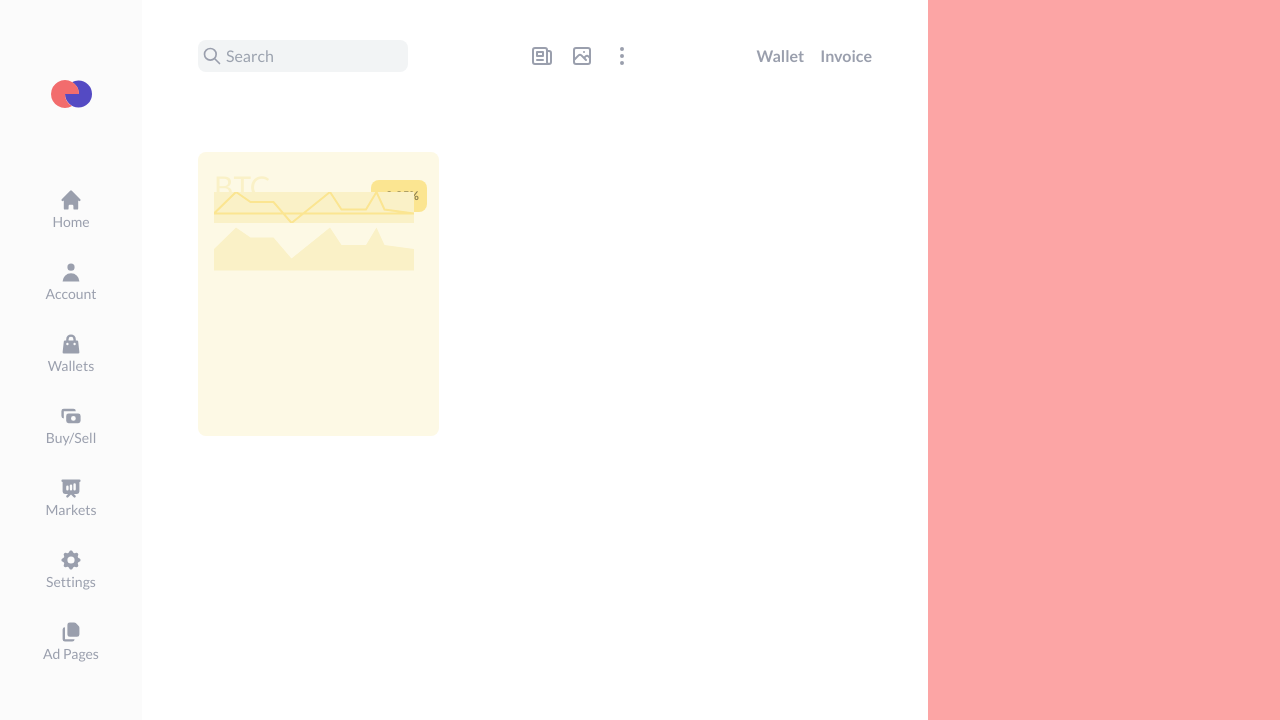
Repository: almaqdad55/crypto-app-nextjs
Page: /
These files come from the project's save history. The page is drawn as it stood at one moment and after the next save; the edit follows.
The browser window is 1280 px wide. The pictures show the whole page.
The project was rebuilt for these pictures with package versions that can differ from the ones it lists, and the page was loaded fresh each time. The framework's server and built-in components were replaced by stand-ins that run in the browser.

Above is the page before, as saved 2022-01-04 20:55:38.

### pages/index.js
import Head from 'next/head';
import Sidebar from '../components/Sidebar';
import Feed from '../components/Feed';
import Widget from '../components/Widget';

export default function Home() {
  return (
    <div className="">
      <Head>
        <title>Crypto Trade</title>
        <link rel="icon" href="/logo.svg" />
      </Head>

      <main className="flex">
        <Sidebar />
        <Feed />
        <Widget />
      </main>
    </div>
  );
}

### styles/globals.css
@import url('https://fonts.googleapis.com/css2?family=Lato:wght@300;400;700&display=swap');

@tailwind base;
@tailwind components;
@tailwind utilities;

@layer base {
  body {
    @apply bg-white font-Lato;
  }
}

@layer components {
  .icon-group {
    @apply flex flex-col  items-center text-sm cursor-pointer text-[#9A9FAD] hover:text-[#544AC3] transition duration-200;
  }
}

### components/Sidebar.jsx
import {
  HomeIcon,
  UserIcon,
  CashIcon,
  ShoppingBagIcon,
  PresentationChartBarIcon,
  CogIcon,
  DocumentDuplicateIcon,
} from '@heroicons/react/solid';

const Sidebar = () => {
  return (
    <div className="flex flex-col items-center  h-screen w-[142px]  bg-[#fbfbfb] ">
      <div className="mt-20">
        <img src="/logo.svg" alt="" />
      </div>
      <div className="mb-40 mt-20 flex flex-col space-y-7">
        <div className="icon-group group">
          <HomeIcon className="h-6 " />
          <span className="">Home</span>
        </div>
        <div className="icon-group group">
          <UserIcon className="h-6 " />
          <span className="">Account</span>
        </div>
        <div className="icon-group group">
          <ShoppingBagIcon className="h-6 " />
          <span className="">Wallets</span>
        </div>
        <div className="icon-group group ">
          <CashIcon className="h-6 " />
          <span className="">Buy/Sell</span>
        </div>
        <div className="icon-group group">
          <PresentationChartBarIcon className="h-6 " />
          <span className="">Markets</span>
        </div>
        <div className="icon-group group">
          <CogIcon className="h-6 " />
          <span className="">Settings</span>
        </div>
        <div className="icon-group group">
          <DocumentDuplicateIcon className="h-6 " />
          <span className="">Ad Pages</span>
        </div>
      </div>
    </div>
  );
};

export default Sidebar;

### components/Feed.jsx
import {
  DotsVerticalIcon,
  PhotographIcon,
  NewspaperIcon,
  SearchIcon,
} from '@heroicons/react/outline';

import Card from './Card';

// import { SearchIcon } from '@heroicons/react/solid';
const Feed = () => {
  return (
    <div className=" flex-grow  bg-white px-14 py-10 space-y-20">
      {/* Top Menu */}
      <div className="flex items-center  justify-between ">
        <div className="flex items-center bg-[#F2F4F5] rounded-lg p-1 space-x-1">
          <SearchIcon className="h-5 text-[#9A9FAD]" />
          <input
            type="text"
            placeholder={`Search`}
            className="outline-none bg-[#F2F4F5]"
          />
        </div>
        <div className="flex space-x-4 text-[#9A9FAD] ">
          <NewspaperIcon className="h-6 " />
          <PhotographIcon className="h-6 " />
          <DotsVerticalIcon className="h-6 " />
        </div>
        <div className="flex text-[16px] font-bold space-x-4 text-[#9A9FAD]  ">
          <p className="">Wallet</p>
          <p className="">Invoice</p>
        </div>
      </div>

      {/* Cards Display */}
      <div>
        <Card />
      </div>
    </div>
  );
};

export default Feed;

### components/Widget.jsx
const Widget = () => {
  return <div className="bg-red-300 min-w-[352px]"></div>;
};

export default Widget;

### components/Card.jsx
const Card = () => {
  return (
    <div className="  w-[241px] h-[284px] bg-[#FDF9E5] rounded-lg relative text-[#8B7F50] p-4">
      <div className="absolute bg-[#FBE591] text-[#8B7F50] text-xs rounded-lg p-2 font-bold top-7 right-3">
        +0.25%
      </div>
      <h1 className="text-3xl text-[#FAF1C7]">BTC</h1>
      <p className="text-[15px]">Bitcion to AUD</p>
      <img
        src="/btc-chart.svg"
        alt=""
        className="top-10 absolute bg-[#FAF1C7]"
      />
      <img src="/bg-btc.svg" alt="" className="z-50 " />
    </div>
  );
};

export default Card;

### tailwind.config.js
module.exports = {
  content: [
    './pages/**/*.{js,ts,jsx,tsx}',
    './components/**/*.{js,ts,jsx,tsx}',
  ],
  theme: {
    extend: {
      fontFamily: {
        Lato: ['Lato', 'sans-serif'],
      },
    },
  },
  plugins: [],
};

Loaded but not shown: pages/_app.js (common file)

After the next save:
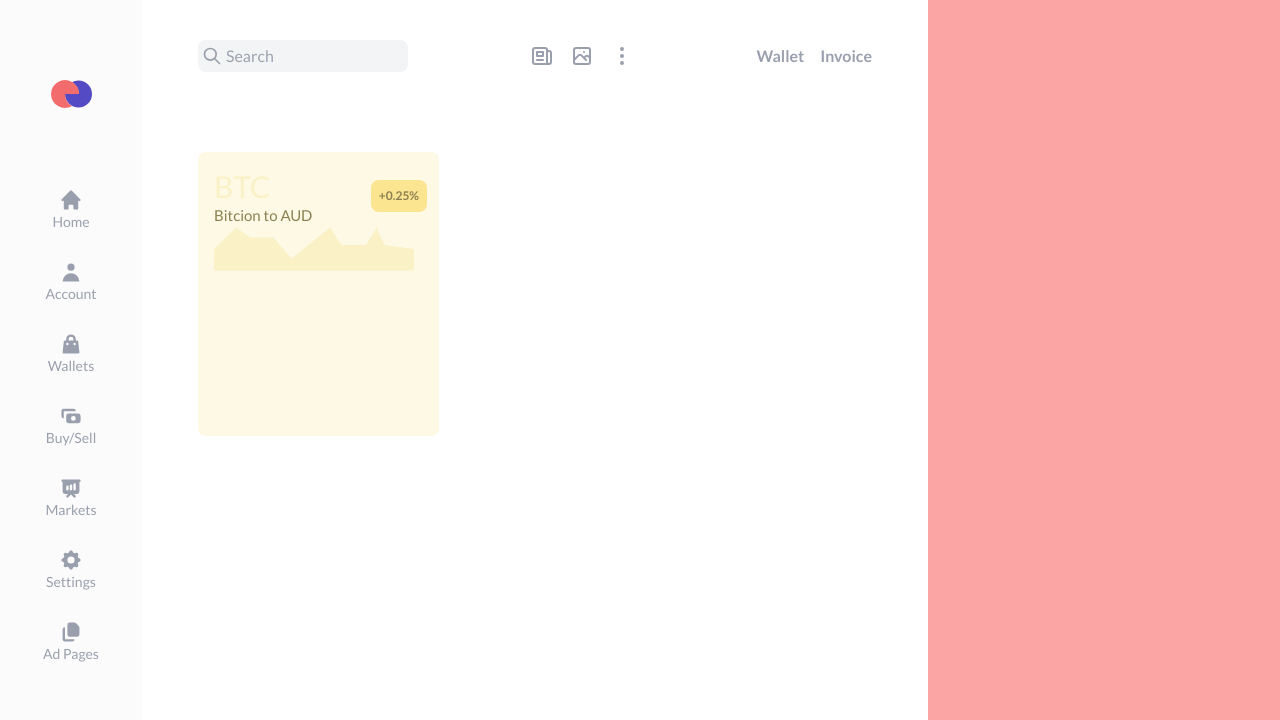
Saved 42 s later.
--- a/components/Card.jsx
+++ b/components/Card.jsx
@@ -6,11 +6,7 @@ const Card = () => {
       </div>
       <h1 className="text-3xl text-[#FAF1C7]">BTC</h1>
       <p className="text-[15px]">Bitcion to AUD</p>
-      <img
-        src="/btc-chart.svg"
-        alt=""
-        className="top-10 absolute bg-[#FAF1C7]"
-      />
+
       <img src="/bg-btc.svg" alt="" className="z-50 " />
     </div>
   );
